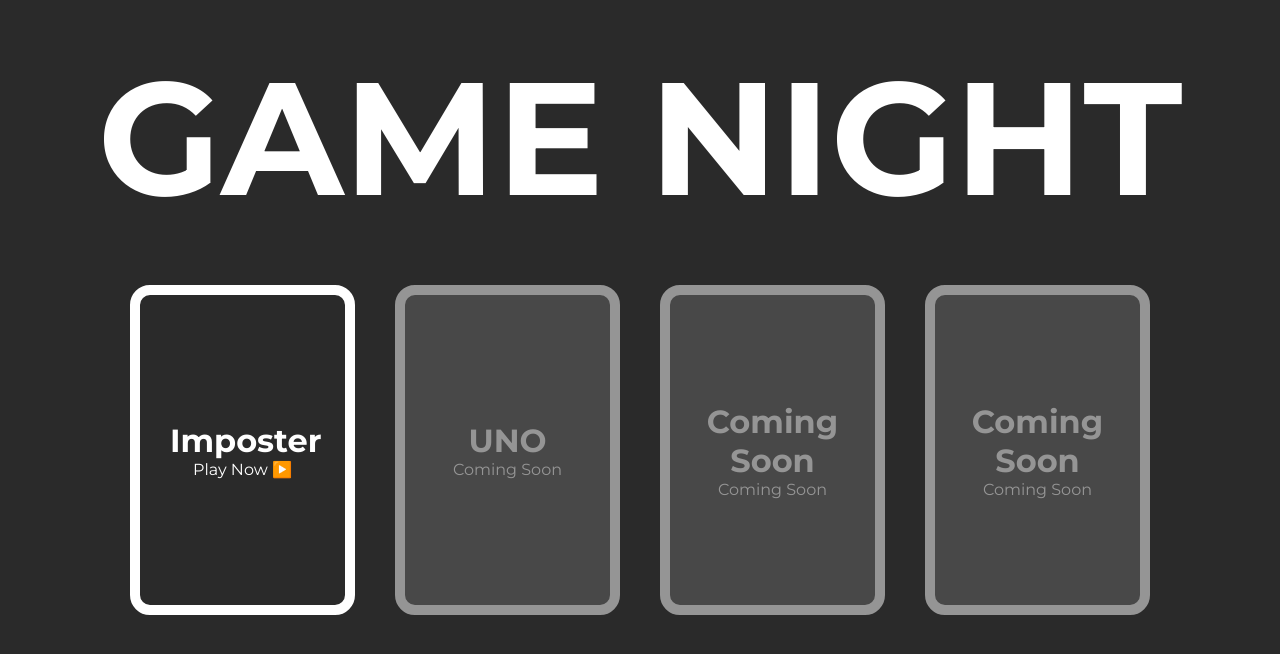
Repository: nfemmanuel/game-night-app
Page: /
An editor plug-in stored every save of this project. The page is shown before and after the next save, followed by the edit.
The browser window is 1280 px wide. The pictures show the whole page.
The project was rebuilt for these pictures with package versions that can differ from the ones it lists, and the page was loaded fresh each time.

Above is the page before, as saved 2025-12-31 16:43:19.

### public/index.html
<!DOCTYPE html>
<html lang="en">
  <head>
    <meta charset="utf-8" />
    <link rel="icon" href="%PUBLIC_URL%/favicon.ico" />
    <link rel="preconnect" href="https://fonts.googleapis.com">
    <link rel="preconnect" href="https://fonts.gstatic.com" crossorigin>
    <link href="https://fonts.googleapis.com/css2?family=Montserrat:wght@400;600;700&display=swap" rel="stylesheet">
    <meta name="viewport" content="width=device-width, initial-scale=1" />
    <meta name="theme-color" content="#000000" />
    <meta
      name="description"
      content="Web site created using create-react-app"
    />
    <link rel="apple-touch-icon" href="%PUBLIC_URL%/logo192.png" />
    <!--
      manifest.json provides metadata used when your web app is installed on a
      user's mobile device or desktop. See https://developers.google.com/web/fundamentals/web-app-manifest/
    -->
    <link rel="manifest" href="%PUBLIC_URL%/manifest.json" />
    <!--
      Notice the use of %PUBLIC_URL% in the tags above.
      It will be replaced with the URL of the `public` folder during the build.
      Only files inside the `public` folder can be referenced from the HTML.

      Unlike "/favicon.ico" or "favicon.ico", "%PUBLIC_URL%/favicon.ico" will
      work correctly both with client-side routing and a non-root public URL.
      Learn how to configure a non-root public URL by running `npm run build`.
    -->
    <title>React App</title>
  </head>
  <body>
    <noscript>You need to enable JavaScript to run this app.</noscript>
    <div id="root"></div>
    <!--
      This HTML file is a template.
      If you open it directly in the browser, you will see an empty page.

      You can add webfonts, meta tags, or analytics to this file.
      The build step will place the bundled scripts into the <body> tag.

      To begin the development, run `npm start` or `yarn start`.
      To create a production bundle, use `npm run build` or `yarn build`.
    -->
  </body>
</html>

### src/App.js
import './styles/global.css';
import GameCard from './components/GameCard';

function App() {
  const handleClick = (gameName) => {
    alert(`Getting ready to play ${gameName}!`);
  };

  return (
    <div style={{ padding: '40px', textAlign: 'center' }}>
      <h1 style={{ fontSize: '10rem' }}>GAME NIGHT</h1>

      <div style={{
        display: 'flex',
        gap: '20px',
        justifyContent: 'center',
        marginTop: '40px',
        flexWrap: 'wrap'
      }}>
        <GameCard
          name="Imposter"
          available={true}
          color="orange"  // Add this
          onClick={() => handleClick("Imposter")}
        />
        <GameCard
          name="UNO"
          available={false}
          color="blue"
          onClick={() => handleClick("UNO")}
        />
        <GameCard
          name="Coming Soon"
          available={false}
          onClick={() => { }}
        />
        <GameCard
          name="Coming Soon"
          available={false}
          onClick={() => { }}
        />
      </div>
    </div>
  );
}

export default App;

### src/styles/global.css
* {
    margin: 0;
    padding: 0;
    box-sizing: border-box;
}

body {
    font-family: 'Montserrat',
        'Helvetica Neue',
        'Arial',
        sans-serif;
    background-color: rgb(42, 42, 42);
    color: white;
    overflow: hidden;
}

button {
    cursor: pointer;
    border: none;
    border-radius: 5px;
    font-family: inherit;
    font-size: 1rem;
    padding: 10px 20px;
}

### src/components/GameCard.jsx
import styles from './GameCard.module.css';

function GameCard({ name, available, onClick }) {
    // Combine card + available/disabled classes
    const cardClasses = `${styles.card} ${available ? styles.available : styles.disabled}`;

    return (
        <div
            className={cardClasses}
            onClick={available ? onClick : null}
        >
            <h1>{name}</h1>
            <p>{available ? 'Play Now ▶️' : 'Coming Soon'}</p>
        </div>
    );
}

export default GameCard;

### src/components/GameCard.module.css
.card {
    width: 225px;
    height: 330px;
    padding: 30px;
    margin: 10px;
    border-radius: 20px;
    border: 10px solid white;
    text-align: center;
    transition: all 0.3s ease;
    display: flex;
    flex-direction: column;
    justify-content: center;
}

.available {
    color: white;
    cursor: pointer;
}

.available:hover {
    transform: scale(1.05);
}

.disabled {
    background-color: #666;
    color: white;
    cursor: not-allowed;
    opacity: 0.5;
}

.orange {
    background-color: #FF6B35;
}

.orange:hover {
    box-shadow: 0 0 20px rgba(255, 107, 53, 0.6);
}

.blue {
    background-color: #4A90E2;
}

.blue:hover {
    box-shadow: 0 0 20px rgba(74, 144, 226, 0.6);
}

Loaded but not shown: src/index.js (common file); src/index.css (common file); src/reportWebVitals.js (common file)

After the next save:
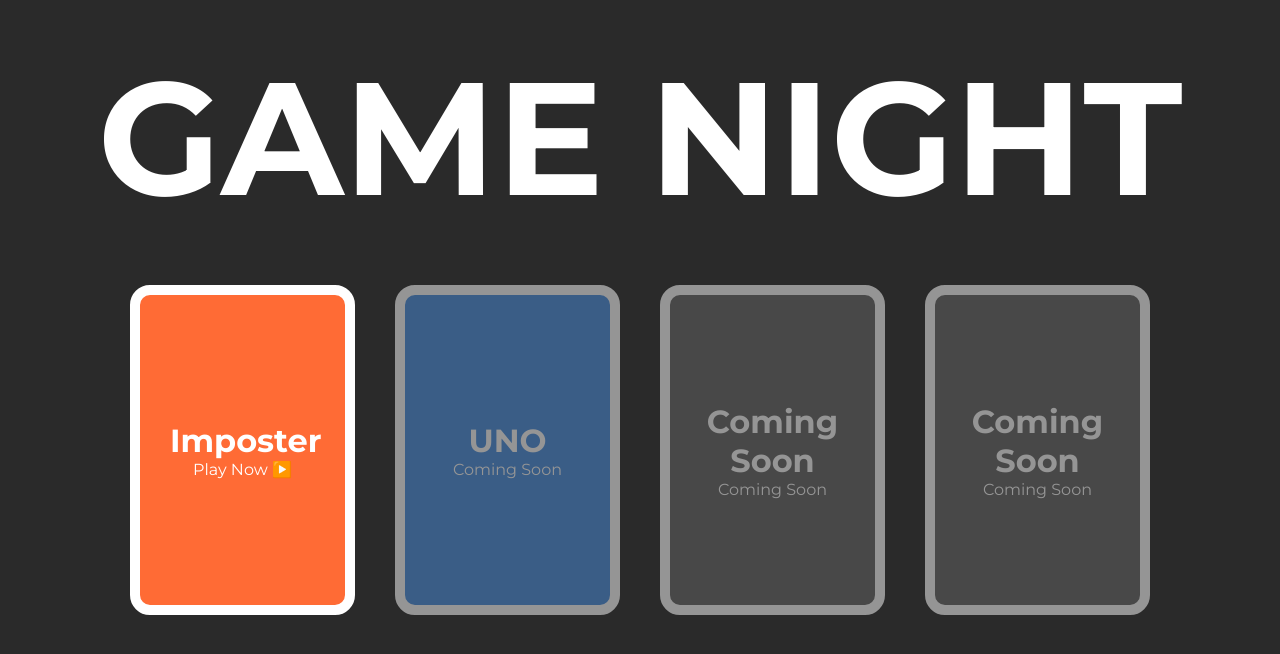
Saved 90 s later.
--- a/src/components/GameCard.jsx
+++ b/src/components/GameCard.jsx
@@ -1,8 +1,8 @@
 import styles from './GameCard.module.css';
 
-function GameCard({ name, available, onClick }) {
-    // Combine card + available/disabled classes
-    const cardClasses = `${styles.card} ${available ? styles.available : styles.disabled}`;
+function GameCard({ name, available, onClick, color }) {  // Add color here
+    // Combine card + available/disabled classes + color
+    const cardClasses = `${styles.card} ${available ? styles.available : styles.disabled} ${color ? styles[color] : ''}`;
 
     return (
         <div
